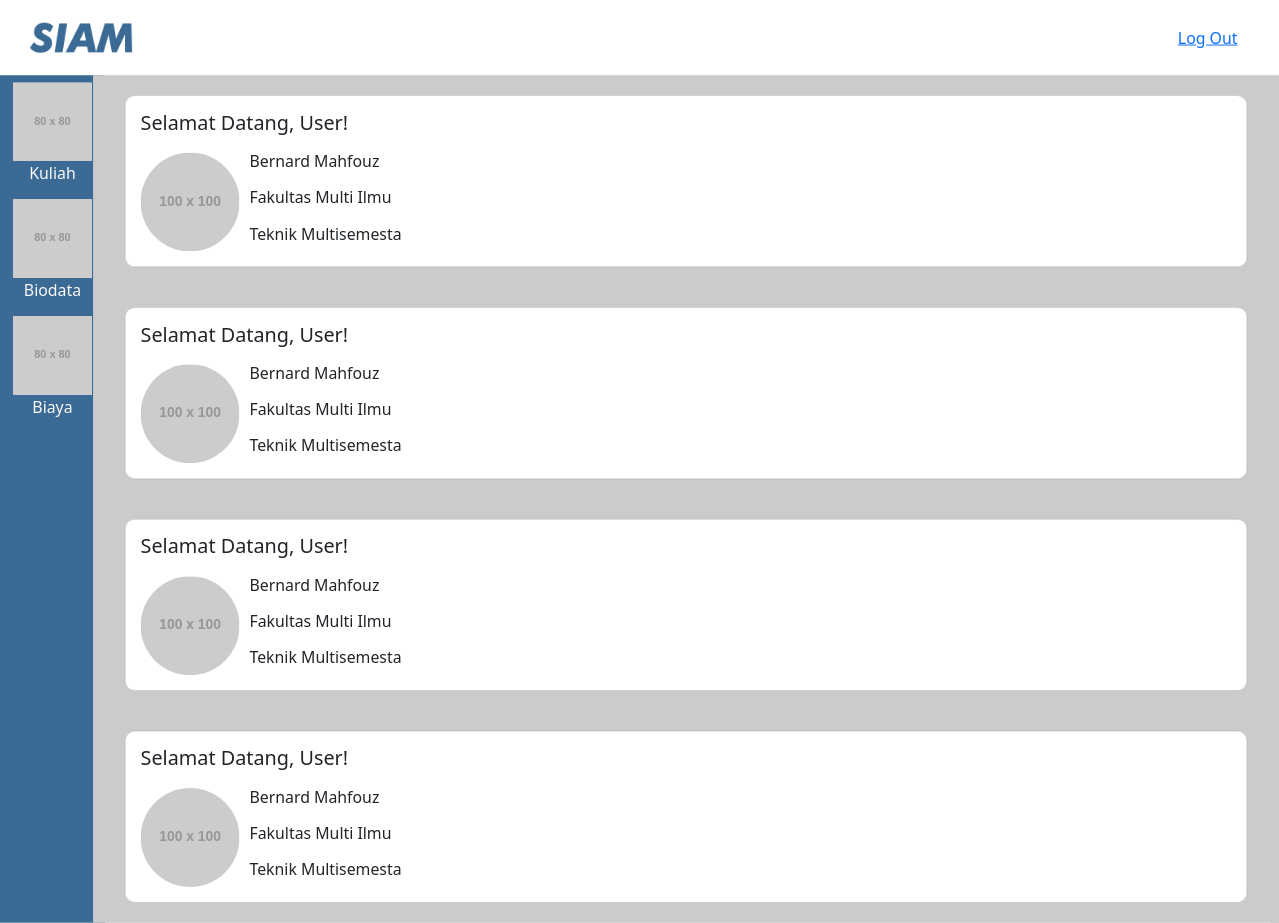
Repository: haikalirf/Project-IMK
Page: kuliah.html
These files come from the project's save history. The page is drawn as it stood at one moment and after the next save; the edit follows.
The browser window is 1280 px wide. The page is 1292 px wide, then 1280 px, then 1292 px, so the pictures cover 1292 px, including what lies to the right of the window. The pictures show the whole page, at 99% of full size.

Above is the page before, as saved 2022-12-10 13:38:46.

After the next save:
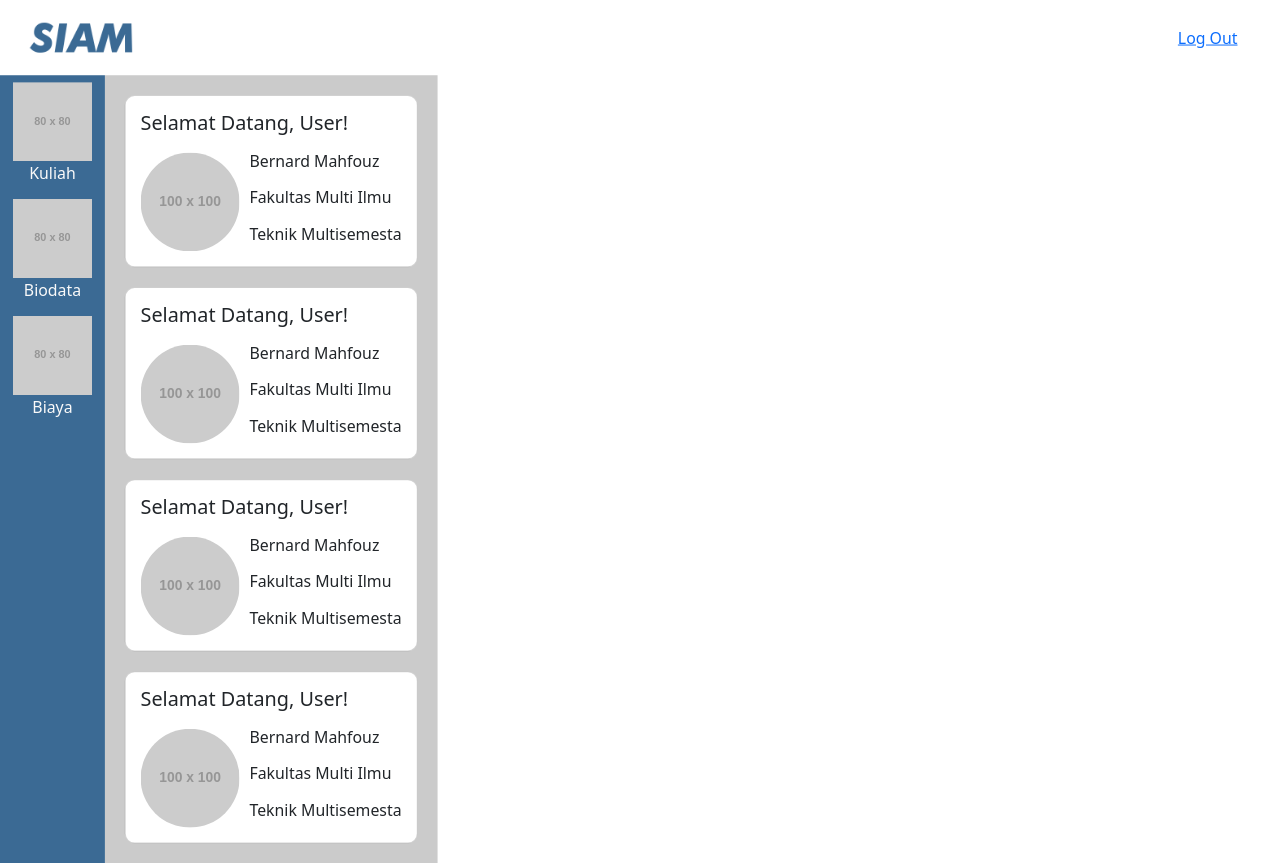
Saved 28 s later.
--- a/kuliah.html
+++ b/kuliah.html
@@ -34,7 +34,7 @@
 				<label for="sidebar-biaya">Biaya</label>
 			</a>
 		</div>
-		<main class="row">
+		<main class="flex-row">
 			<div class="column">
 				<div class="card" id="card-user">
 					<h5 class="card-title">Selamat Datang, User!</h5>

After the save that followed:
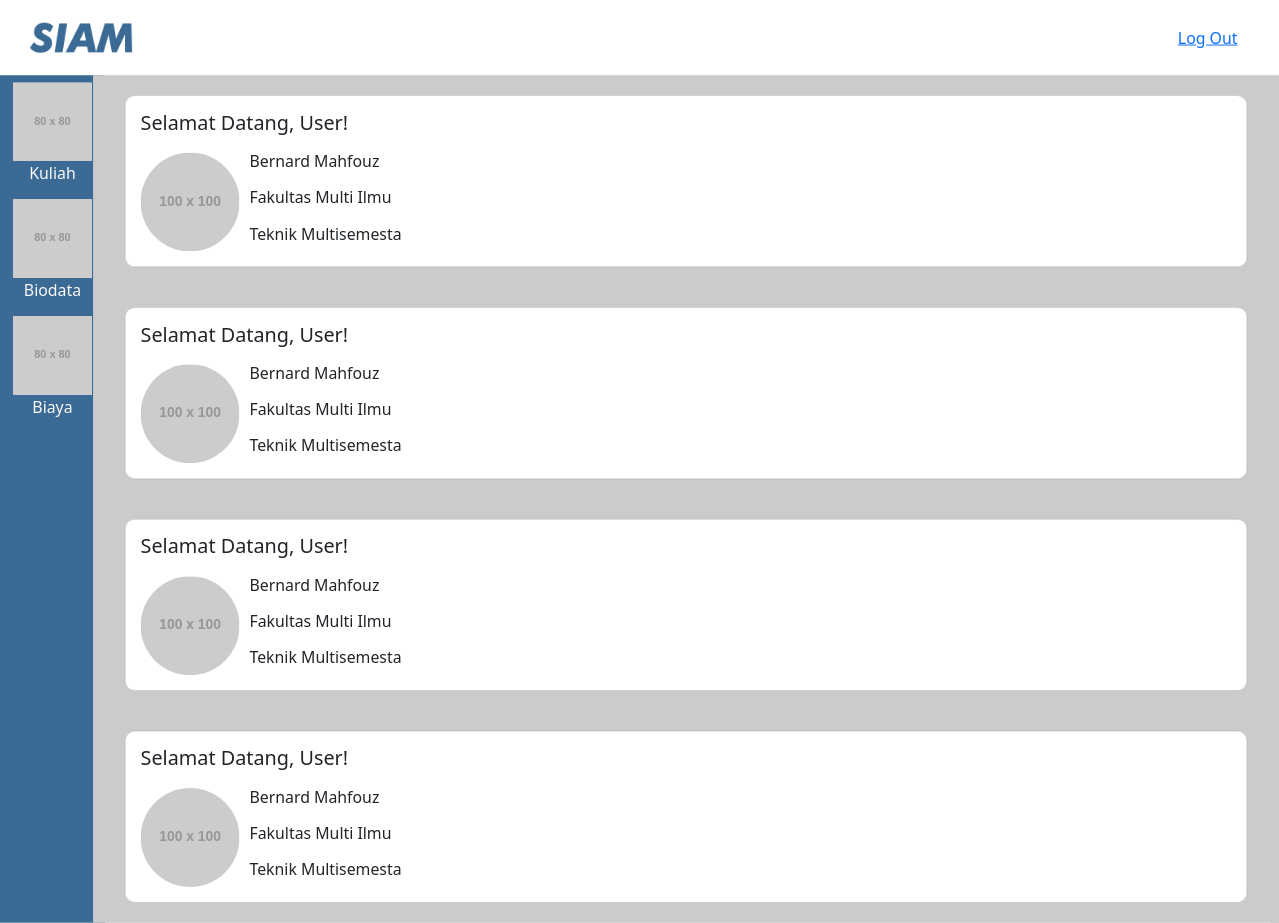
Saved 10 s later.
--- a/kuliah.html
+++ b/kuliah.html
@@ -34,7 +34,7 @@
 				<label for="sidebar-biaya">Biaya</label>
 			</a>
 		</div>
-		<main class="flex-row">
+		<main class="row">
 			<div class="column">
 				<div class="card" id="card-user">
 					<h5 class="card-title">Selamat Datang, User!</h5>
